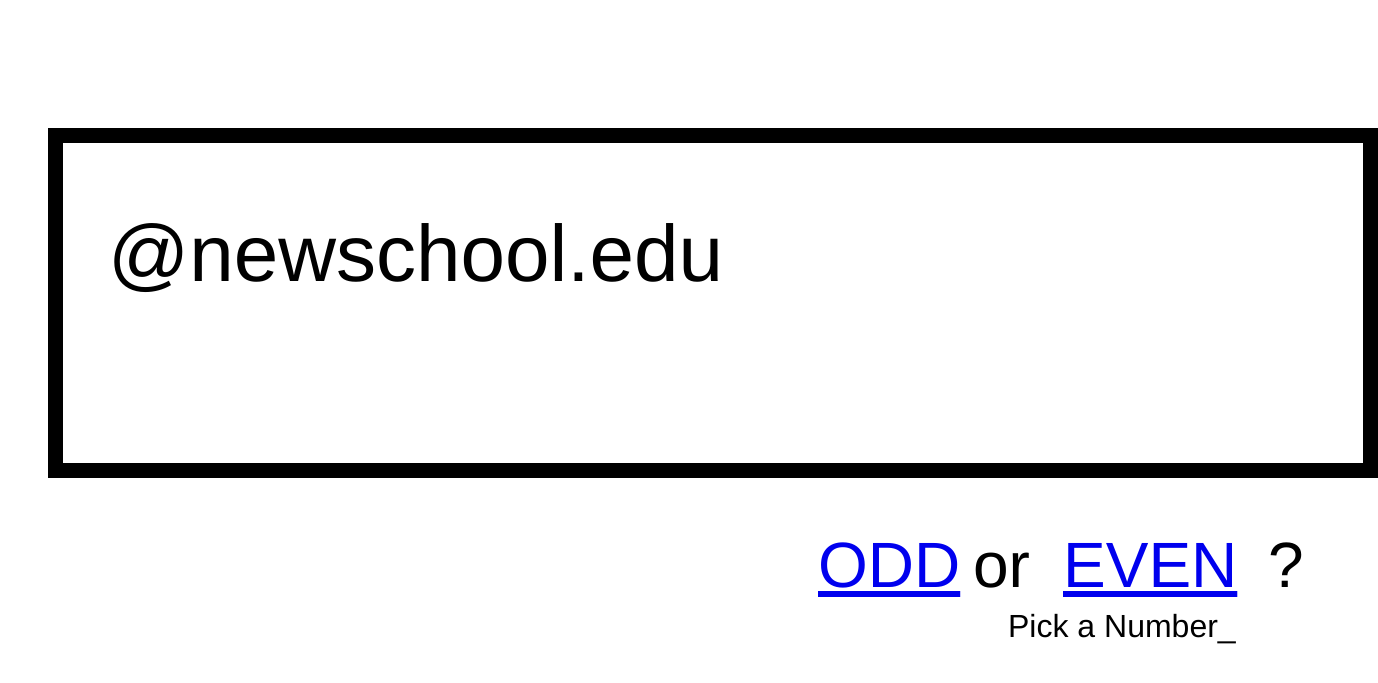
Repository: huanz488/huanz488-github.io
Page: archive/index.html
The author's editor kept a record of every edit. The page is drawn from the files as they stood at one moment, then again after the next edit.
The browser window is 1280 px wide. The page is 1378 px wide, so the pictures cover 1378 px, including what lies to the right of the window. The pictures show the whole page.

Above is the page before.

### archive/index.html
<html>
    <head>
        <link href="app.css" rel="stylesheet" type="text/css" />
    </head>

    <body>
        <div class="edu">@newschool.edu</div>
        <div class="odd"><a href="odd.html">ODD</a></div>
        <div class="or">or</div>
        <div class="even"><a href="even.html">EVEN</a></div>
        <div class="question">?</div>
        <div class="word-wrapper"></div>
        <div class="pickanumber">Pick a Number_</div>
        <div class="border"></div>
    </body>
</html>

### archive/app.css
/*body{*/
/*background: url(image/background.jpg);*/
/*filter:"progid:DXImageTransform.Microsoft.AlphaImageLoader(sizingMethod='scale')";*/
/*-moz-background-size:100% 100%;*/
/*background-size:100% 100%;*/
/*}*/

.word-wrapper{
    display:inline-block;
    margin:center;
}

.edu{
text-align: -webkit-match-parent;
font-family: 'helvetica';
font-size: 500%;
position:absolute;
margin-left: 100px;
margin-top: 200px;
text-decoration: none;
}

.odd{
background-repeat: no-repeat;
font-family: 'helvetica';
position:absolute;
font-size: 400%;
margin-left: 810px;
margin-top: 520px;
text-decoration: none;
}

.or{
text-align: -webkit-match-parent;
font-family: 'helvetica';
font-size: 400%;
position:absolute;
margin-left: 965px;
margin-top: 520px;
text-decoration: none;
}

.even{
text-align: -webkit-match-parent;
font-family: 'helvetica';
font-size: 400%;
position:absolute;
margin-left: 1055px;
margin-top: 520px;
text-decoration: none;
}

.question{
text-align: -webkit-match-parent;
font-family: 'helvetica';
font-size: 400%;
position:absolute;
margin-left: 1260px;
margin-top: 520px;
text-decoration: none;
}

.pickanumber{
text-align: -webkit-match-parent;
font-family: 'helvetica';
font-size: 200%;
position:absolute;
margin-left: 1000px;
margin-top: 600px;
text-decoration: none;
}



a:-webkit-any-link {
  color: -webkit-link;
  text-decoration: underline;
  cursor: auto;
}

.border{
vertical-align: -webkit-baseline-middle;
  margin-top: 120px;
  margin-bottom: 100px;
  margin-left: 40px;
  margin-right: 40px;
  border-top-width: 15px;
  border-right-width: 15px;
  border-bottom-width: 15px;
  border-left-width: 15px;
  border-top-style: solid;
  border-right-style: solid;
  border-bottom-style: solid;
  border-left-style: solid;
  width: 1300px;
  height: 320px;
}

After the next edit:
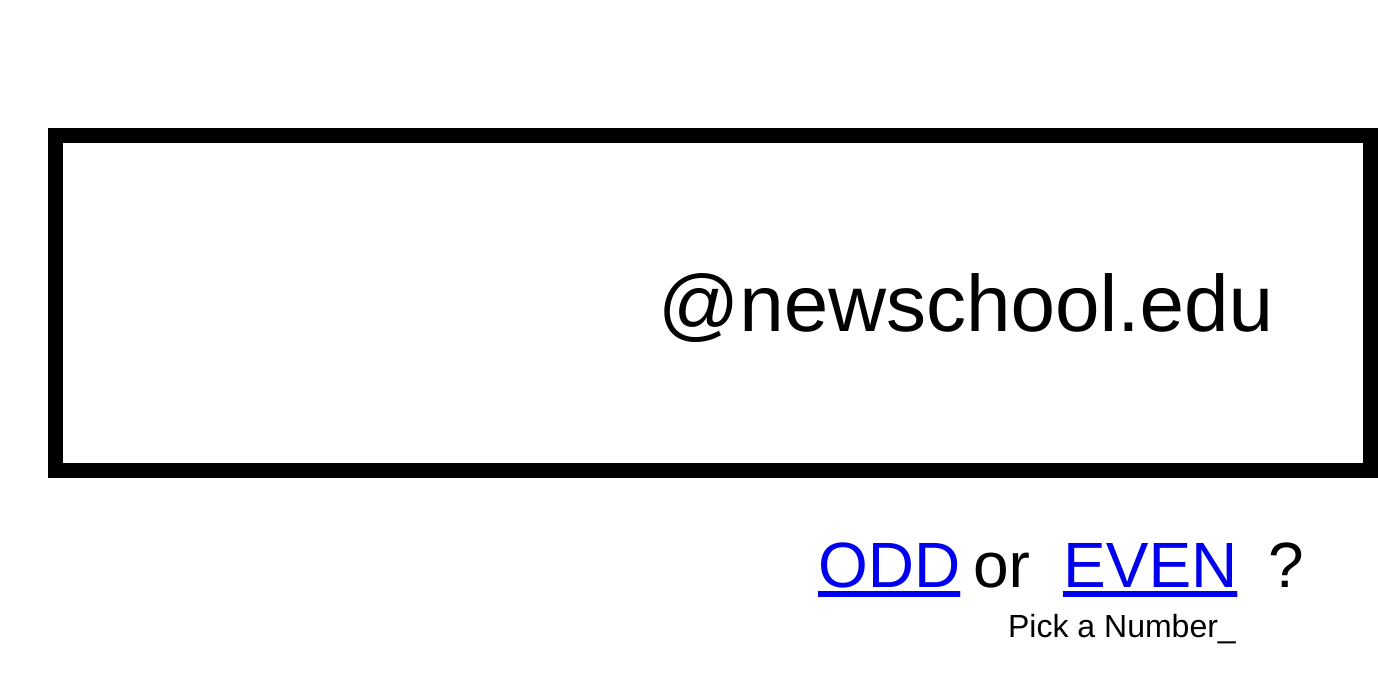
The edit:
--- a/archive/app.css
+++ b/archive/app.css
@@ -15,8 +15,8 @@
 font-family: 'helvetica';
 font-size: 500%;
 position:absolute;
-margin-left: 100px;
-margin-top: 200px;
+margin-left: 650px;
+margin-top: 250px;
 text-decoration: none;
 }
 
